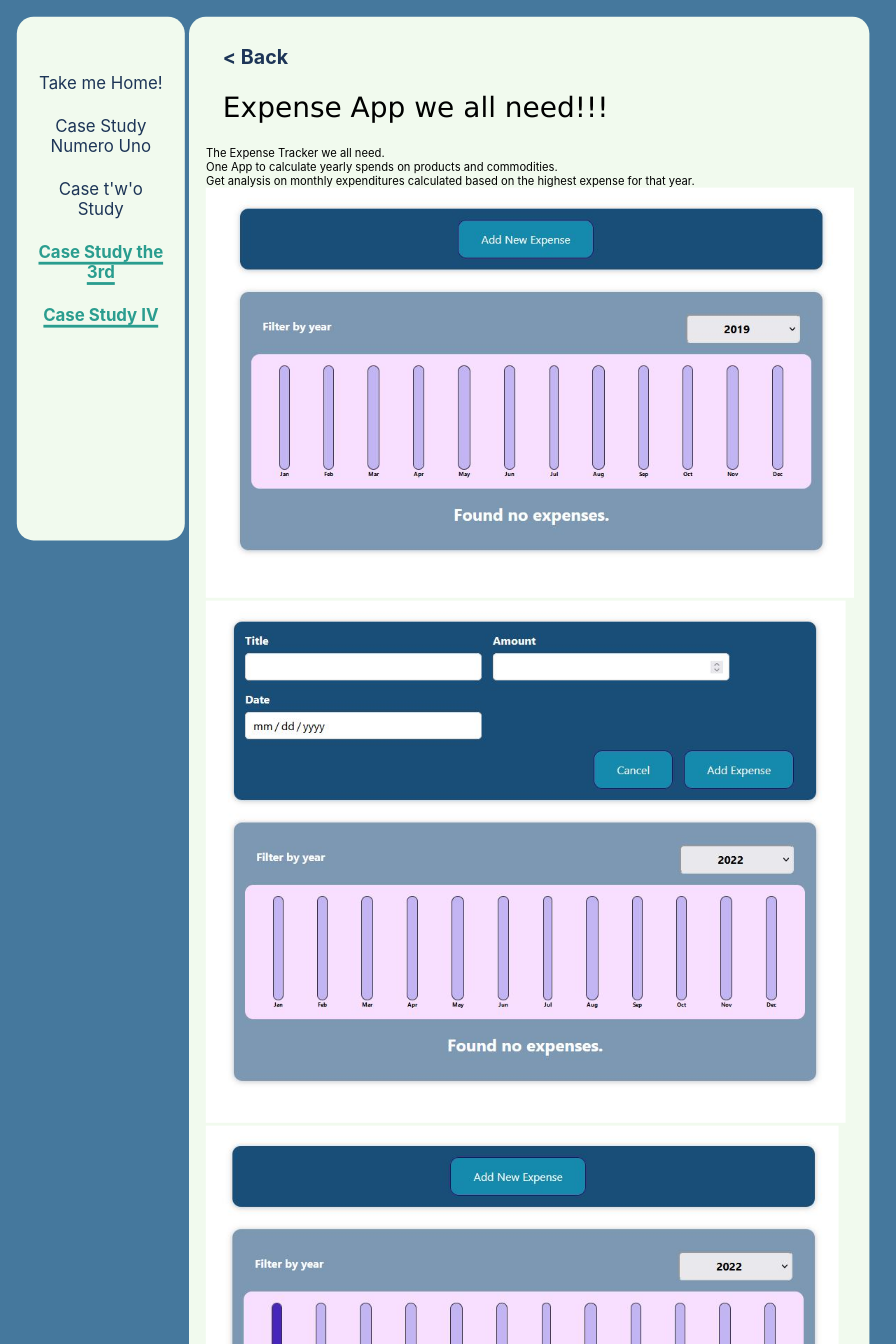
Repository: niranjangp/portfolioReact
Page: /cs-three
These files come from the project's save history. The page is drawn as it stood at one moment and after the next save; the edit follows.
The browser window is 1280 px wide. The pictures show the part of the page from y = 0 to 1920 px (the page is 3665 px tall before and 4255 px after), at 70% of full size.
The project was rebuilt for these pictures with package versions that can differ from the ones it lists, and the page was loaded fresh each time. Also part of the build but not shown: src/pages/enterDesign.jsx, src/pages/csOne.jsx, src/pages/csTwo.jsx, src/pages/notFound.jsx.

Above is the page before, as saved 2022-02-01 18:25:35.

After the next save:
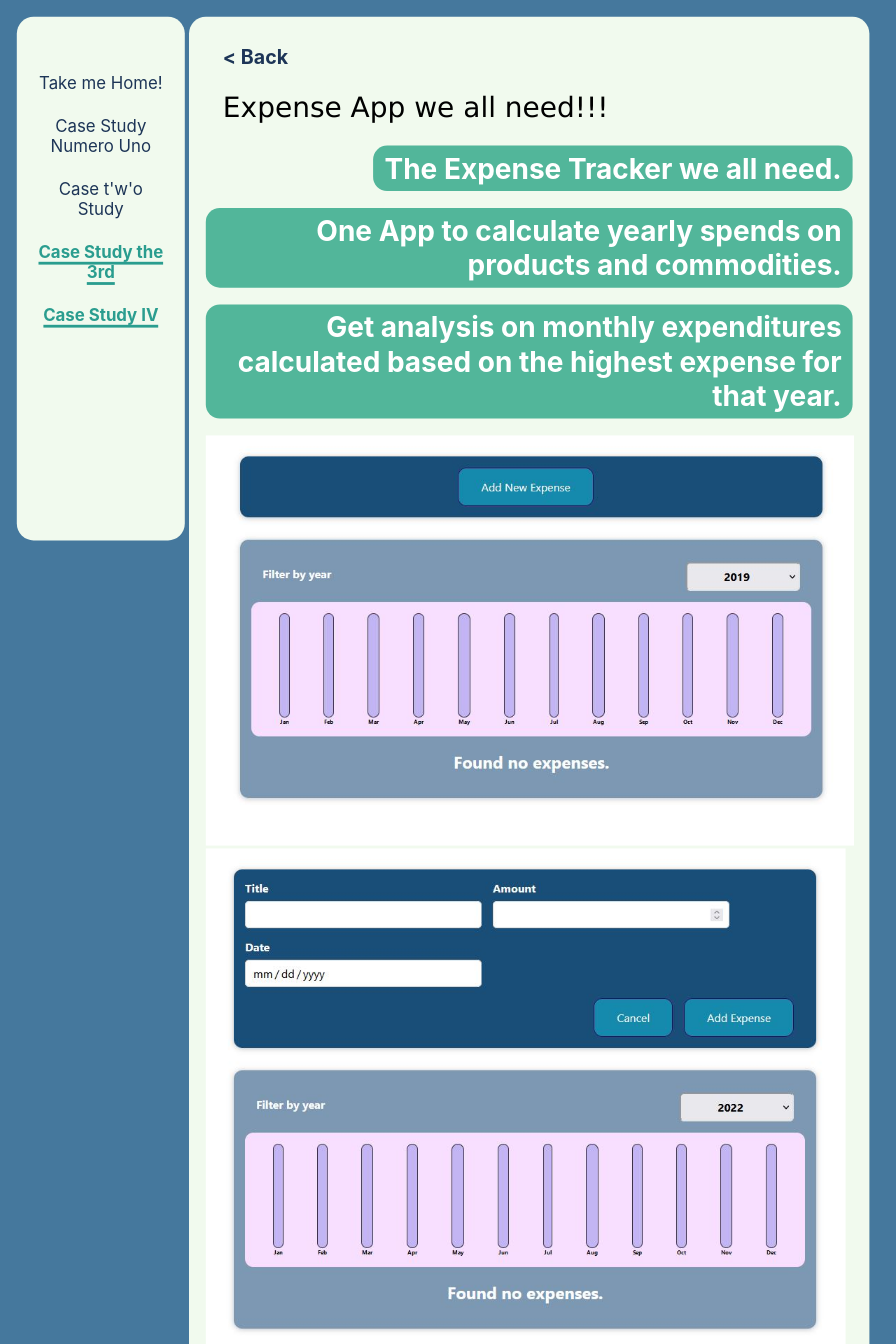
Saved 1 s later.
--- a/src/pages/csThree.jsx
+++ b/src/pages/csThree.jsx
@@ -12,10 +12,10 @@ const csThree = () => {
             <div className="backLink"><Link to="/enter-the-design">{'< Back'}</Link></div>
             <div className='cs3Header'>Expense App we all need!!!</div>
             <div className="exp-body">
-                <div>
-                    <p className="exp=para">The Expense Tracker we all need.</p>
-                    <p className="exp=para">One App to calculate yearly spends on products and commodities.</p>
-                    <p className="exp=para">Get analysis on monthly expenditures calculated based on the highest expense for that year.</p>
+                <div className="right-content">
+                    <p className="exp-para">The Expense Tracker we all need.</p>
+                    <p className="exp-para">One App to calculate yearly spends on products and commodities.</p>
+                    <p className="exp-para">Get analysis on monthly expenditures calculated based on the highest expense for that year.</p>
                 </div>
                 <div>
                     <div><img src={ExpHome} alt="expense-home" /></div>
@@ -24,8 +24,8 @@ const csThree = () => {
                     <div><img src={MultiExp} alt="multi-exp" /></div>
                 </div>
                 <div>
-                    <p className="exp=para">The design is card and container based and darker hues are used for color schemes.</p>
-                    <p className="exp=para">App is built using ReactJS, implementing CSS design guidelines too.</p>
+                    <p className="exp-para">The design is card and container based and darker hues are used for color schemes.</p>
+                    <p className="exp-para">App is built using ReactJS, implementing CSS design guidelines too.</p>
                 </div>
             </div>
             <div className="last-text">To go back, scroll up to find the Back button near the top of the screen or use the navigation links to take you to the home page or to the desired webpage!!!</div>
